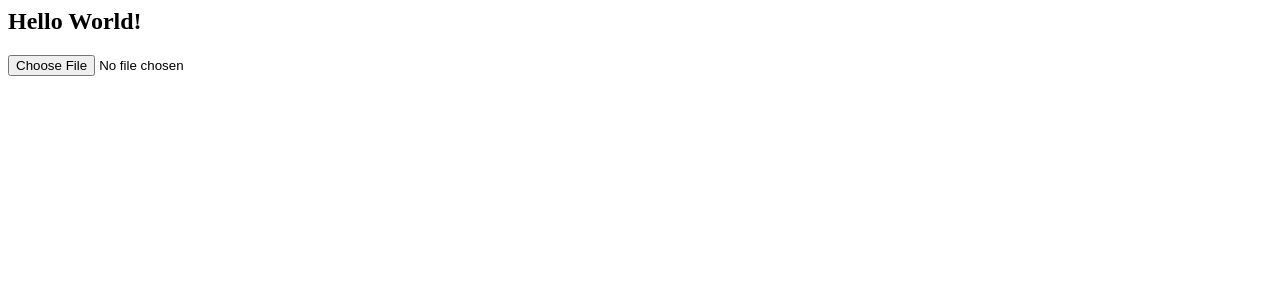
Repository: 18ucs096/Servelts
Page: http://localhost/File_Upload/
An editor plug-in stored every save of this project. The page is shown before and after the next save, followed by the edit.
The browser window is 1280 px wide. The pictures show the whole page.
The page is served by Tomcat 9.

Above is the page before, as saved 2021-04-23 18:58:51.

After the next save:
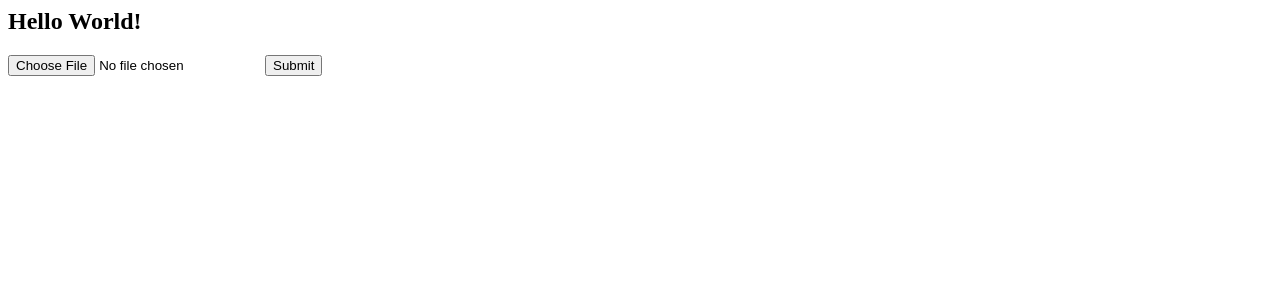
Saved 39 s later.
--- a/File_Upload/src/main/webapp/index.jsp
+++ b/File_Upload/src/main/webapp/index.jsp
@@ -2,7 +2,8 @@
 <body>
 <h2>Hello World!</h2>
 <form action="upload" method="post">
-<input type="file" name="file">
+	<input type="file" name="file">
+	<input type="submit">
 </form>
 </body>
 </html>
